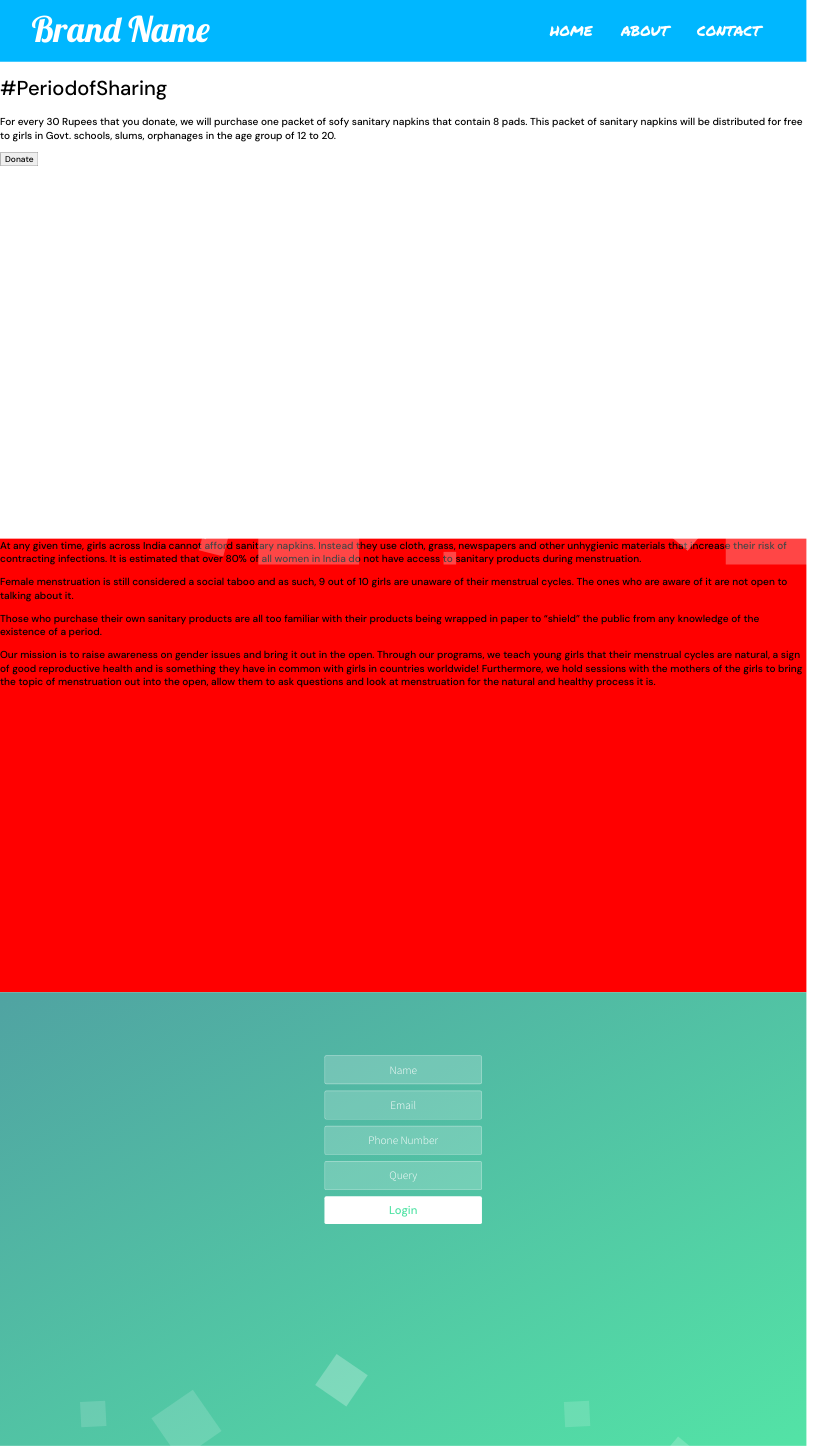
Repository: Jrap-bit/PeriodofSharing
Page: index.html
The author's editor kept a copy of each file at every save. The page is drawn from the files as they stood at one save, then again after the next save.
The browser window is 1280 px wide. The page is 1312 px wide, then 1280 px, so the pictures cover 1312 px, including what lies to the right of the window. The pictures show the whole page, at 63% of full size.

Above is the page before, as saved 2022-01-14 00:20:27.

After the next save:
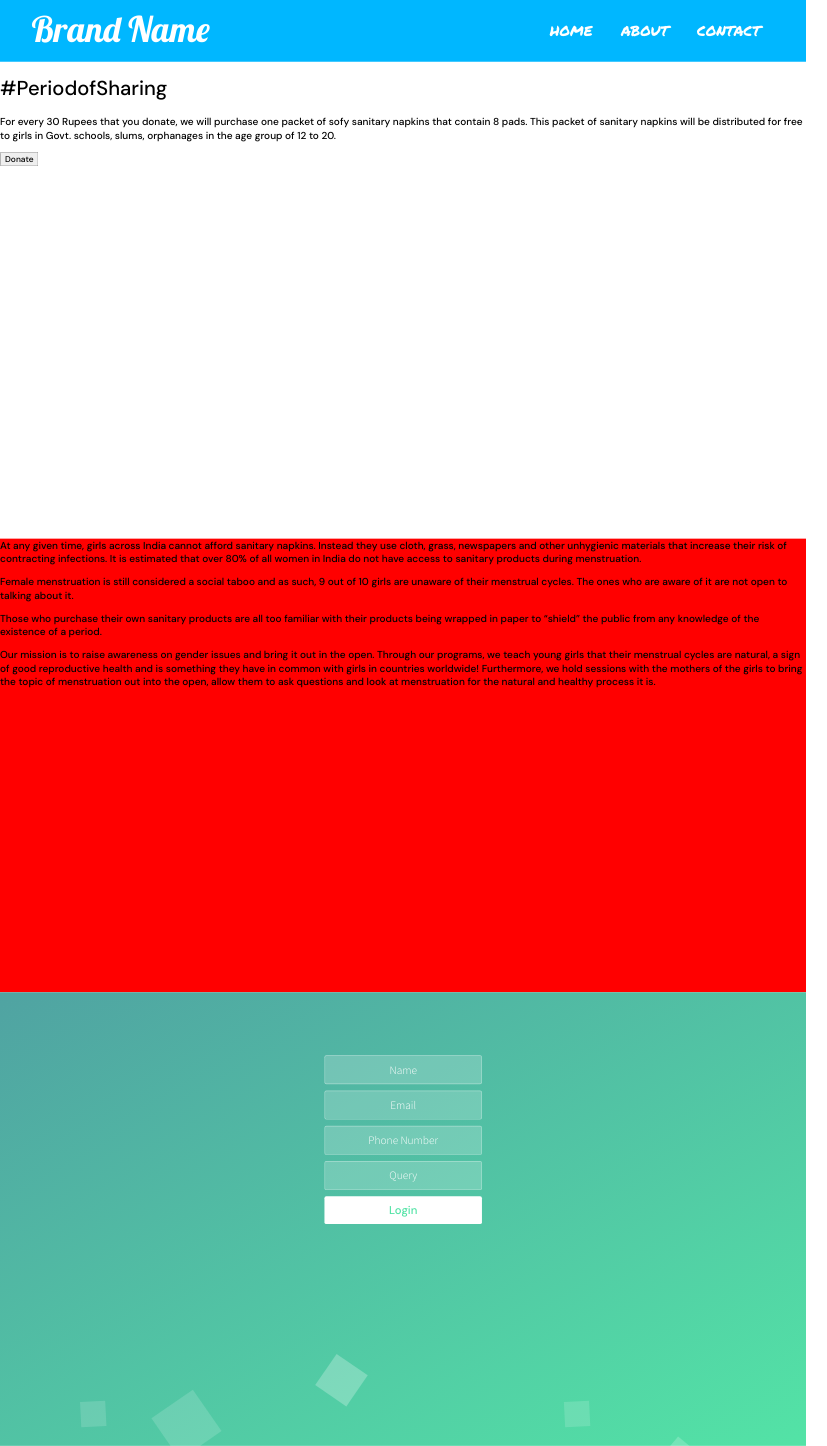
Saved 45 s later.
--- a/index.html
+++ b/index.html
@@ -7,7 +7,7 @@
     <link rel="stylesheet" href="style.css" />
     <title>#PeriodofSharing</title>
   </head>
-  <body>
+  <body class = "wrapper">
     <nav class="navbar">
       <div class="brand-title">Brand Name</div>
       <a href="#" class="toggle-button">
@@ -62,29 +62,6 @@
         topic of menstruation out into the open, allow them to ask questions and
         look at menstruation for the natural and healthy process it is.
       </p>
-      <ul class="bg-bubbles">
-        <li></li>
-        <li></li>
-        <li></li>
-        <li></li>
-        <li></li>
-        <li></li>
-        <li></li>
-        <li></li>
-        <li></li>
-        <li></li>
-    </ul><ul class="bg-bubbles">
-        <li></li>
-        <li></li>
-        <li></li>
-        <li></li>
-        <li></li>
-        <li></li>
-        <li></li>
-        <li></li>
-        <li></li>
-        <li></li>
-    </ul>
     </div>
     <div class = "contact" id = "Contact">
         <div class="wrapper">
